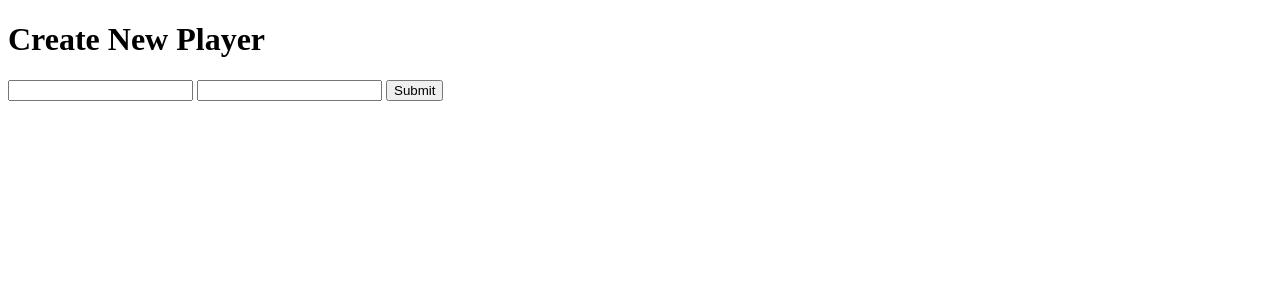
Repository: harshithamagani/Java-Basics
Page: http://localhost/team-roster/player
These files come from the project's save history. The page is drawn as it stood at one moment and after the next save; the edit follows.
The browser window is 1280 px wide. The pictures show the whole page.
The page is served by Tomcat 9. Other server files are loaded and not shown.

Above is the page before, as saved 2019-11-06 02:35:48.

### team-roster/WebContent/WEB-INF/createPlayerForm.jsp
<%@ page language="java" contentType="text/html; charset=UTF-8"
    pageEncoding="UTF-8"%>
<!DOCTYPE html>
<html>
<head>
	<meta charset="UTF-8">
	<title>Create player page</title>
</head>
<body>
	<div id="wrapper">
	<h1>Create New Player</h1>
		<form action="/team-roster/team" method="post">
			  <input name="first-name" type="text">
			  <input name="last-name" type="text">
			  <input name="submit" value="Submit" type="submit">
		</form>
	</div>
</body>
</html>

### team-roster/src/com/coding/controllers/ShowPlayer.java
package com.coding.controllers;

import java.io.IOException;

import javax.servlet.RequestDispatcher;
import javax.servlet.ServletException;
import javax.servlet.annotation.WebServlet;
import javax.servlet.http.HttpServlet;
import javax.servlet.http.HttpServletRequest;
import javax.servlet.http.HttpServletResponse;

/**
 * Servlet implementation class Player
 */
@WebServlet("/player")
public class ShowPlayer extends HttpServlet {
	private static final long serialVersionUID = 1L;

    /**
     * @see HttpServlet#HttpServlet()
     */
    public ShowPlayer() {
        super();
        // TODO Auto-generated constructor stub
    }

	/**
	 * @see HttpServlet#doGet(HttpServletRequest request, HttpServletResponse response)
	 */
	protected void doGet(HttpServletRequest request, HttpServletResponse response) throws ServletException, IOException {
		if(request.getParameter("id") == null) {
			RequestDispatcher req = request.getRequestDispatcher("/WEB-INF/createPlayerForm.jsp");
			req.forward(request, response);
		}
		// TODO Auto-generated method stub
		response.getWriter().append("Served at: ").append(request.getContextPath());
	}

	/**
	 * @see HttpServlet#doPost(HttpServletRequest request, HttpServletResponse response)
	 */
	protected void doPost(HttpServletRequest request, HttpServletResponse response) throws ServletException, IOException {
		// TODO Auto-generated method stub
		doGet(request, response);
	}

}

After the next save:
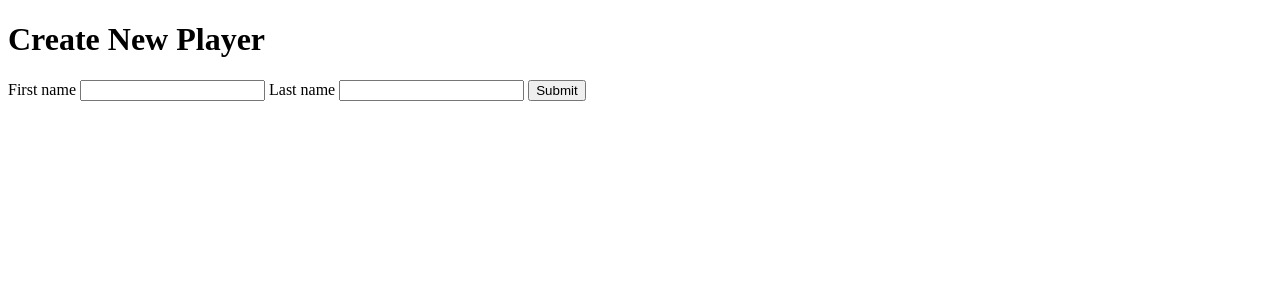
Saved 34 s later.
--- a/team-roster/WebContent/WEB-INF/createPlayerForm.jsp
+++ b/team-roster/WebContent/WEB-INF/createPlayerForm.jsp
@@ -10,7 +10,9 @@
 	<div id="wrapper">
 	<h1>Create New Player</h1>
 		<form action="/team-roster/team" method="post">
+		<label>First name</label>
 			  <input name="first-name" type="text">
+			  <label>Last name</label>
 			  <input name="last-name" type="text">
 			  <input name="submit" value="Submit" type="submit">
 		</form>
